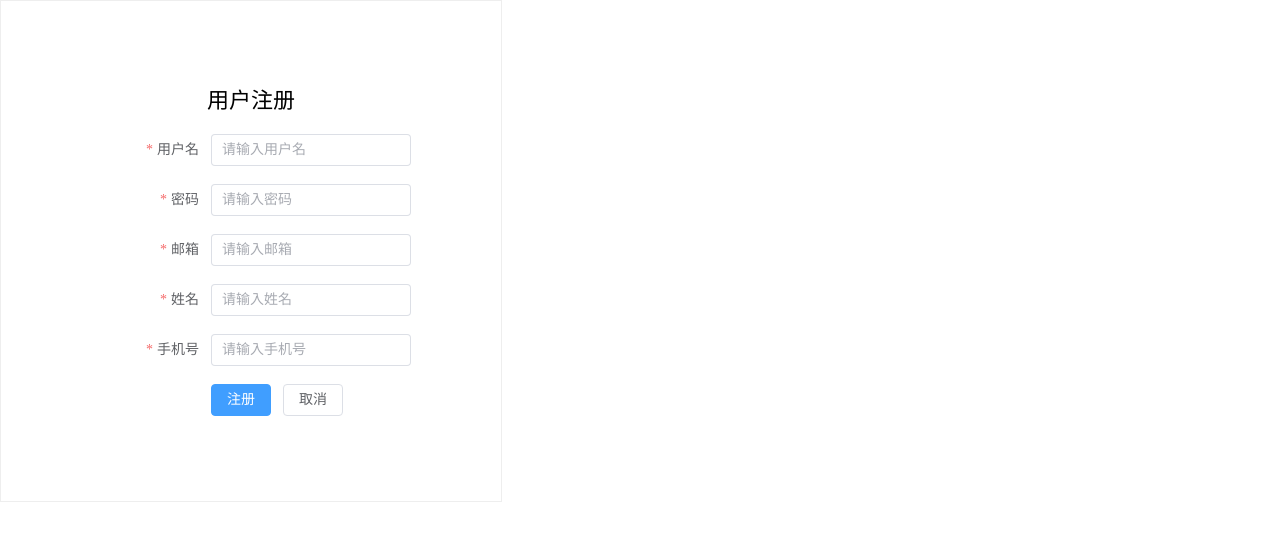
Repository: Mickey1216/yzkj_login_demo
Page: /register
The author's editor kept a copy of each file at every save. The page is drawn from the files as they stood at one save, then again after a run of saves.
The browser window is 1280 px wide. The pictures show the whole page.
The project was rebuilt for these pictures with package versions that can differ from the ones it lists, and the page was loaded fresh each time. Also part of the build but not shown: vite.config.js, src/views/Login.vue.

Above is the page before, as saved 2023-07-05 11:56:23.

### src/main.js
import './assets/main.css'
import { createApp } from 'vue'
import App from './App.vue'
import router from './router'
import ElementPlus from 'element-plus'
import 'element-plus/dist/index.css'

const app = createApp(App)
app.use(router)
app.use(ElementPlus)
app.mount('#app')

### src/assets/main.css
@import './normalize.css';

#app{
  /* background: image(); */
  /* background-color: orange;  */
}

### src/App.vue
<template>
  <routerView/>
</template>

<script setup>
</script>

<style scoped>
</style>

### src/router/index.js
import { createRouter, createWebHistory } from 'vue-router'
import Login from '../views/Login.vue'

const router = createRouter({
  history: createWebHistory(import.meta.env.BASE_URL),
  routes: [
    {
      path: '/',
      redirect: '/login',
    },
    {
      path: '/register',
      name: 'register',
      component: () => import('../views/Register.vue')
    },
    {
      path: '/login',
      name: 'login',
      component: Login
    },
    {
      path: '/list',
      name: 'list',
      component: () => import('../views/List.vue')
    },
    {
      path: '/:pathMatch(.*)',
      meta: { title: "出错了！当前界面不存在" },
      component: () => import('../views/Error.vue')
    }
  ]
})

export default router

### src/views/Register.vue
<template>
  <div class="register">
    <div class="title">用户注册</div>
    <el-form
      :model="form"
      label-width="120px"
      ref="ruleFormRef"
      :rules="rules"
    >
      <el-form-item label="用户名" prop="userName">
        <el-input placeholder="请输入用户名" v-model="form.userName" />
      </el-form-item>
      <el-form-item label="密码" prop="password">
        <el-input placeholder="请输入密码" v-model="form.password" type="password"/>
      </el-form-item>
      <el-form-item label="邮箱" prop="email">
        <el-input placeholder="请输入邮箱" v-model="form.email" />
      </el-form-item>
      <el-form-item label="姓名" prop="realName">
        <el-input placeholder="请输入姓名" v-model="form.realName" />
      </el-form-item>
      <el-form-item label="手机号" prop="phone">
        <el-input placeholder="请输入手机号" v-model="form.phone" />
      </el-form-item>
      <el-form-item>
        <el-button type="primary" @click="onSubmit">注册</el-button>
        <el-button @click="onCancel">取消</el-button>
      </el-form-item>
    </el-form>
  </div>
</template>

<script setup>
import { reactive } from "vue";
import axios from 'axios';
import { useRouter } from 'vue-router';

const router = useRouter()

const form = reactive({
  userName: "",
  password: "",
  email: "",
  realName: "",
  phone: ""
});

const rules = reactive({
  userName: [
    {
      required: true,
      message: "Please input Activity userName",
      trigger: "blur",
    },
    { min: 1, max: 10, message: "Length should be 1 to 10", trigger: "blur" },
  ],
  password: [
    {
      required: true,
      message: "Please input Activity password",
      trigger: "blur"
    },
    { min: 6, max: 8, message: "Length should be 6 to 8", trigger: "blur" }
  ],
  email: [
    {
      required: true,
      message: "Please input Activity email",
      trigger: "blur"
    }
  ],
  realName: [
    {
      required: true,
      message: "Please input Activity realName",
      trigger: "blur"
    },
    { min: 2, max: 4, message: "Length should be 1 to 4", trigger: "blur" }
  ],
  phone: [
    {
      required: true,
      message: "Please input Activity phone",
      trigger: "blur"
    },
  ]
});

// 注册
const onSubmit = () => {
  axios.post('http://192.168.0.215:8080/web/api/v1/user/register', {
    userName: form.userName,
    password: form.password,
    email: form.email,
    realName: form.realName,
    phone: form.phone
  }).then(res => {
    console.log(res)
    if(res.status === 200) {
      router.push('/login')
    }
  })
};

// 取消
const onCancel = () => {
  form.userName = ''
  form.password = ''
  form.email = ''
  form.realName = ''
  form.phone = ''
};

</script>

<style scoped>
.register {

  display: flex;
  flex-direction: column;
  justify-content: center;
  align-items: center;
  width: 500px;
  height: 500px;
  border: 1px solid #eee;
}
.title {
  margin: 20px 0;
  display: flex;
  align-items: center;
  justify-content: center;
  font-size: 22px;
}
.is_existing_account {
  font-size: 14px;
  color: gray;
  margin: 10px 5px;
  display: flex;
  justify-content: right;
}
</style>

Loaded but not shown: index.html (common file); src/assets/normalize.css (library)

After the next 8 saves:
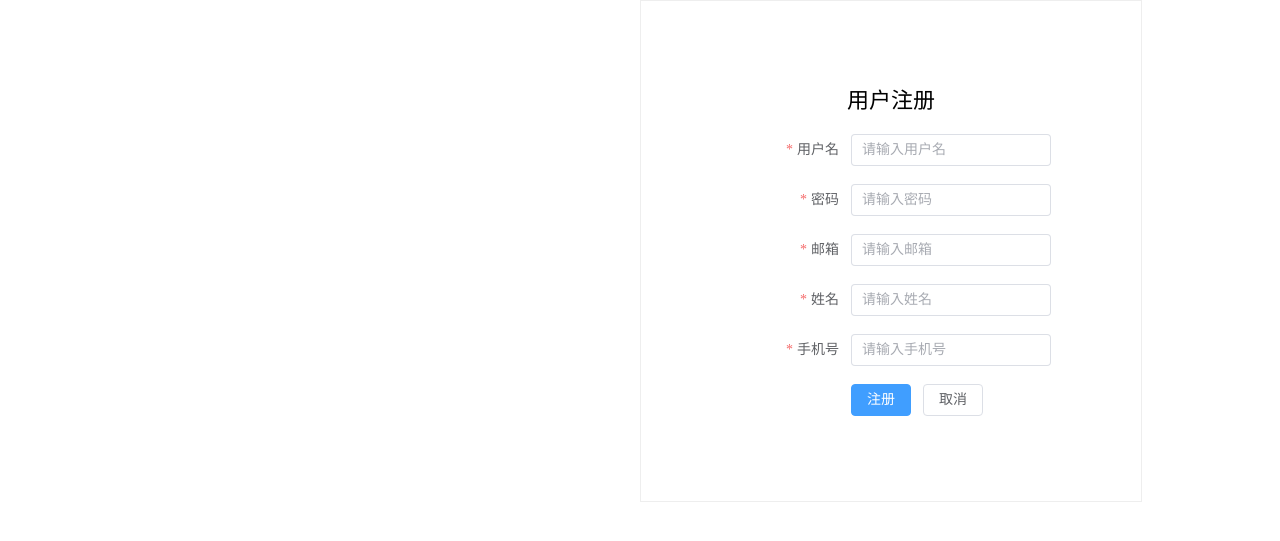
The 8 saves are shown as one change because 1 did not build or start and some came seconds apart.
The last was saved 73 s later.
--- a/src/views/Register.vue
+++ b/src/views/Register.vue
@@ -115,6 +115,9 @@ const onCancel = () => {
 
 <style scoped>
 .register {
+  position: absolute;
+  left: 50%;
+  right: 50%;
 
   display: flex;
   flex-direction: column;
